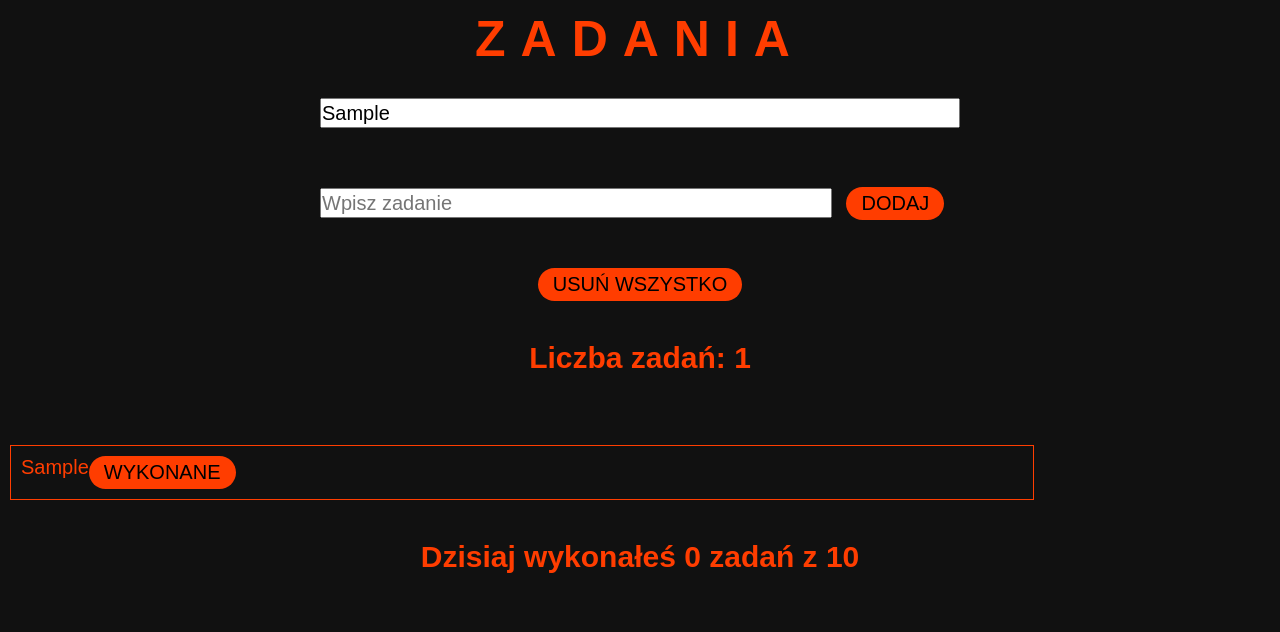
Repository: RobertDsr/To-Do-List
Page: index.html
These files come from the project's save history. The page is drawn as it stood at one moment and after the next save; the edit follows.
The browser window is 1280 px wide. The pictures show the whole page.
Empty fields were first filled with sample values (such as "Sample", 5 or name@example.com).
After loading, the first visible `form.add-task` was submitted once.
The style sheet was rebuilt from its Sass, Less or Tailwind sources for each picture, by a compiler version that may differ from the author's.

Above is the page before, as saved 2022-01-14 14:07:16.

### index.html
<!DOCTYPE html>
<html lang="en">

<head>
    <meta charset="UTF-8">
    <meta http-equiv="X-UA-Compatible" content="IE=edge">
    <meta name="viewport" content="width=device-width, initial-scale=1.0">
    <title>To Do List</title>
    <link rel="stylesheet" href="css/style.min.css">
</head>

<body>
    <section class="main-wrapper">
        <h1 class="title">ZADANIA</h1>
        <input class="search" type="text" placeholder="Wpisz szukane słowo">
        <form class="add-task" action="">
            <input class="add-task__input" type="text" placeholder="Wpisz zadanie">
            <button class="btn btn--small">DODAJ</button>
        </form>
        <button class="btn btn--large">USUŃ WSZYSTKO</button>
        <h2 class="title-count-task">Liczba zadań: <span class="count-task">0</span></h2>
            <ul class="list">

            </ul>
        <h2 class="title-count-task">Dzisiaj wykonałeś <span class="count-task">0</span> zadań z <span
                class="count-task">10</span></h2>
    </section>

    <script src="/js/main.js"></script>
</body>

</html>

### js/main.js

const toDoList = [];

const input = document.querySelector('.search');
const ul = document.querySelector('.list');
const liElements = document.getElementsByClassName('list__item');
const form = document.querySelector('.add-task');
const taskNumber = document.querySelector('.count-task');
const inputAddTask = document.querySelector('.add-task__input');
const li = document.querySelectorAll('.list__item');

// Wyszukiwarka
const searchTask = (e) => {
    const searchTekst = e.target.value.toLowerCase();
    let tasks = [...liElements];
    tasks = tasks.filter(li => li.textContent.toLowerCase().includes(searchTekst));
    ul.textContent = "";
    tasks.forEach(li => ul.appendChild(li));
}

input.addEventListener('input', searchTask);

// Usuwanie elementów z listy
const removeTask = (e) => {
    e.target.parentNode.remove();
    const index = e.target.parentNode.dataset.key;
    // console.log(index);
    // document.querySelector(`li[data-key="${index}"]`).remove();
    // document.querySelector(`button[data-key="${index}"]`).remove();

    toDoList.splice(index, 1);

    renderList();

    taskNumber.textContent = liElements.length;
}




// Dodawanie elementów listy

const addTask = (e) => {
    e.preventDefault();
    const titleTask = inputAddTask.value;
    if(titleTask === "") return;
    const taskElements = document.createElement('li');
    taskElements.className = 'list__item';
    taskElements.innerHTML = titleTask + '<button class="btn btn--medium">WYKONANE</button>';
    toDoList.push(taskElements);
    ul.textContent = "";
    renderList();
    ul.appendChild(taskElements);

    inputAddTask.value = "";

    taskNumber.textContent = liElements.length;

    taskElements.querySelector('.btn--medium ').addEventListener('click', removeTask);
}

const renderList = () => {
    toDoList.forEach(( toDoElement, key) => {
        toDoElement.dataset.key = key;
        ul.appendChild(toDoElement);
    })
}

form.addEventListener('submit', addTask);

### sass/style.scss
@import "variables";
@import "reset";
@import "base";
@import "main";

### sass/_variables.scss
:root {
    --bg-main-color: rgb(17, 17, 17);
    --font-main-color: rgb(255, 61, 0);
    --btn-bg-color: rgb(255, 61, 0);
}

### sass/_base.scss
body {
    background-color: var(--bg-main-color);
    font-family: Arial, Helvetica, sans-serif;
    color: var(--font-main-color);
}

button {
    background-color: var(--btn-bg-color);
    border: none;
    margin: 10px;
    padding: 5px 15px;
    border-radius: 2em;
    font-size: 20px;
    cursor: pointer;
}

### sass/_main.scss
.main-wrapper {
    display: flex;
    flex-direction: column;
}

.title {
    margin: 10px;
    text-align: center;
    font-size: 50px;
    letter-spacing: 0.3em;
}

.search {
    margin: 20px auto;
    min-height: 30px;
    min-width: 50%;
    font-size: 20px;
}

.add-task {
    margin: 20px auto;
    min-width: 50%;
}

.add-task__input {
    margin: 20px auto;
    min-height: 30px;
    min-width: 80%;
    font-size: 20px;
}

.btn--large {
    margin: 10px auto;
}

.btn--medium {
    margin: 0;
    min-height: 100%;
}

.title-count-task {
    margin: 30px 30px 60px;
    text-align: center;
    font-size: 30px;
}

.list {
    display: flex;
    flex-wrap: wrap;
}

.list__item {
    display: flex;
    flex-direction: row;
    flex-basis: 80%;
    font-size: 20px;
    margin: 10px;
    padding: 10px;
    border: 1px solid ;
}

Loaded but not shown: sass/_reset.scss (common file)

After the next save:
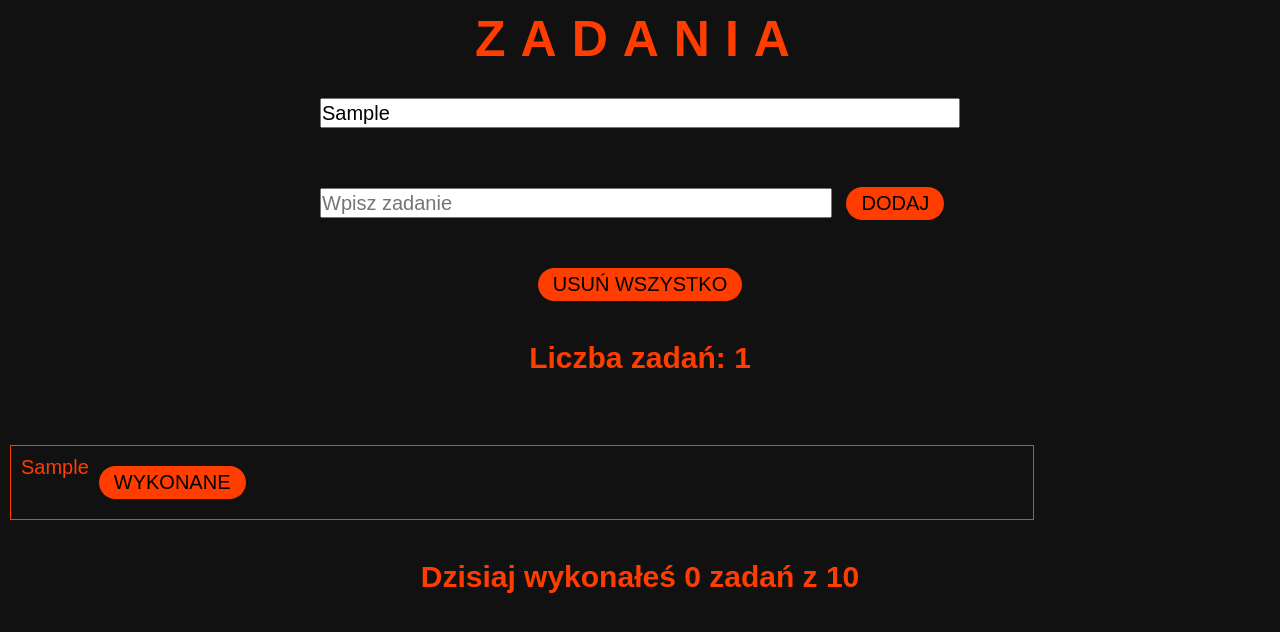
Saved 18 s later.
--- a/sass/_main.scss
+++ b/sass/_main.scss
@@ -34,8 +34,6 @@
 }
 
 .btn--medium {
-    margin: 0;
-    min-height: 100%;
 }
 
 .title-count-task {
